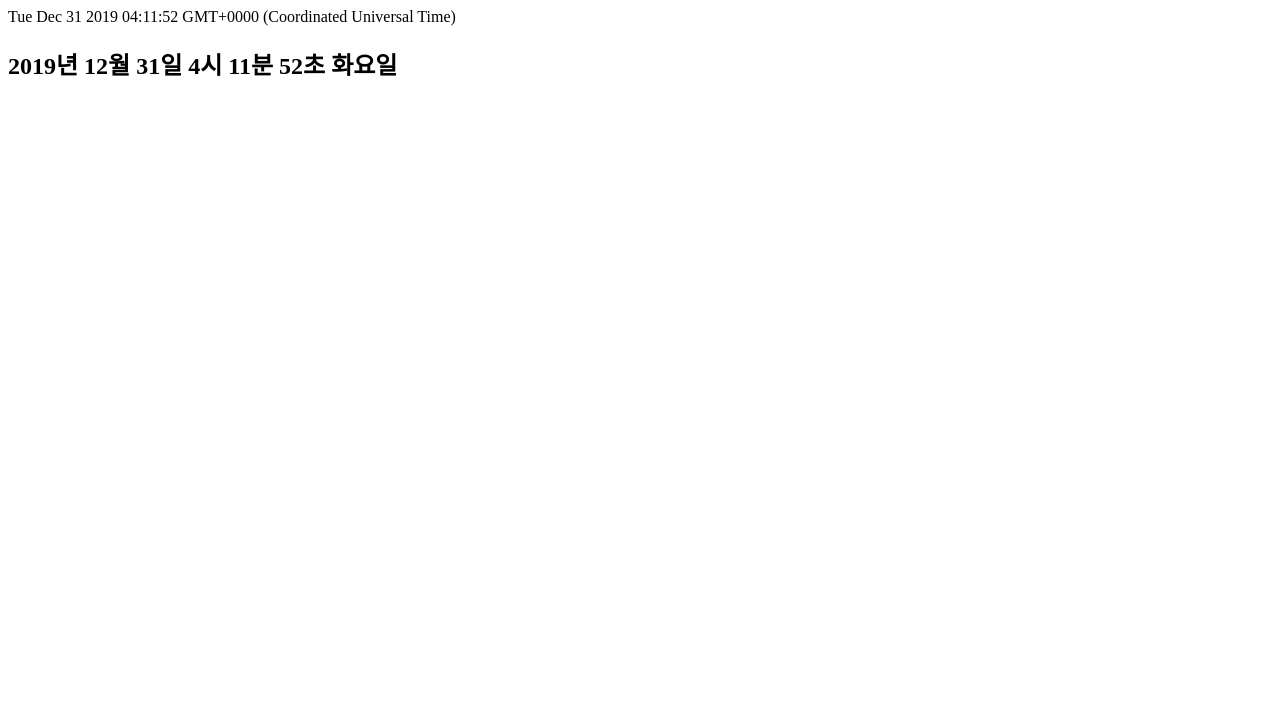
Repository: sonic247897/multicampus-web
Page: clientweb/WebContent/js_basic/js_date_test01.html
These files come from the project's save history. The page is drawn as it stood at one moment and after the next save; the edit follows.
The browser window is 1280 px wide. The pictures show the whole page.

Above is the page before, as saved 2020-01-08 01:18:56.

### clientweb/WebContent/js_basic/js_date_test01.html
<!DOCTYPE html>
<!-- 날짜시간과 관련된 자바스크립트 내장객체(Date)  -->
<html>
<head>
	<meta charset="EUC-KR">
	<title>Insert title here</title>
</head>
<body>
	<script type="text/javascript">
		// 자바: Date d = new Date();
		today = new Date(); //자바스크립트는 타입명시 안해도 됨. 내장객체 Date
		document.write(today);
		str = today.getFullYear() + "년 ";
		str = str+(today.getMonth()+1) + "월 "; // 0부터 시작해서 1월이 0이므로 +1해야 한다.
		str = str+today.getDate() + "일 ";
		str = str+today.getHours() + "시 ";
		str = str+today.getMinutes() +"분 ";
		str = str +today.getSeconds() + "초 ";
		day = today.getDay();
		//str = str + day; /* 일요일이 0, 월 1, 화 2, ... */

		//switch 활용해서 요일번호를 요일명으로 변경하기
		weekday=""; //요일명
		switch(day){
			case 0: weekday = "일요일"; break;
			case 1: weekday = "월요일"; break;
			case 2: weekday = "화요일"; break;
			case 3: weekday = "수요일"; break;
			case 4: weekday = "목요일"; break;
			case 5: weekday = "금요일"; break;
			case 6: weekday = "토요일"; break;
		}
		str = str + weekday;
		document.write("<h2>"+str+"</h2>");
		myimg = "1.jpg";
		document.write("<img src= '../images/jang" +myimg);

	</script>
</body>
</html>

After the next save:
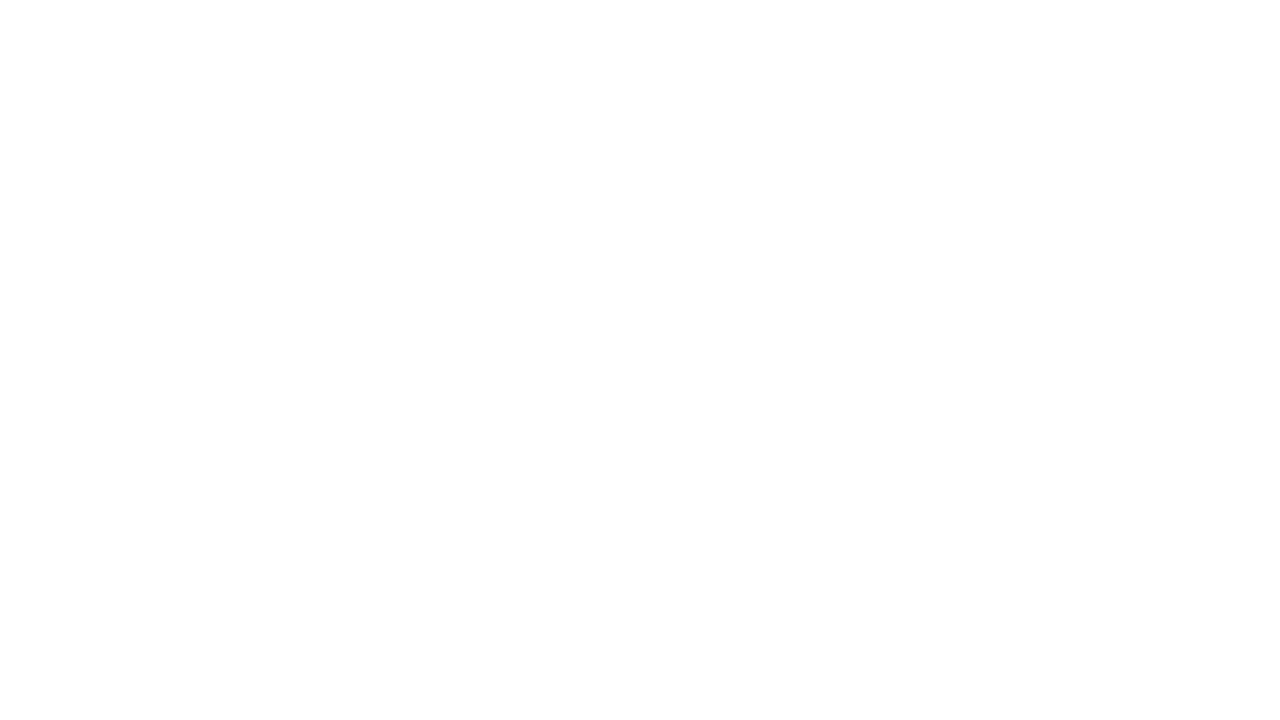
Console error: SyntaxError: missing ) after argument list
Saved 14 s later.
--- a/clientweb/WebContent/js_basic/js_date_test01.html
+++ b/clientweb/WebContent/js_basic/js_date_test01.html
@@ -33,7 +33,7 @@
 		str = str + weekday;
 		document.write("<h2>"+str+"</h2>");
 		myimg = "1.jpg";
-		document.write("<img src= '../images/jang" +myimg);
+		document.write("<img src= '../images/jang" + myimg '" +myimg);
 
 	</script>
 </body>

After the save that followed:
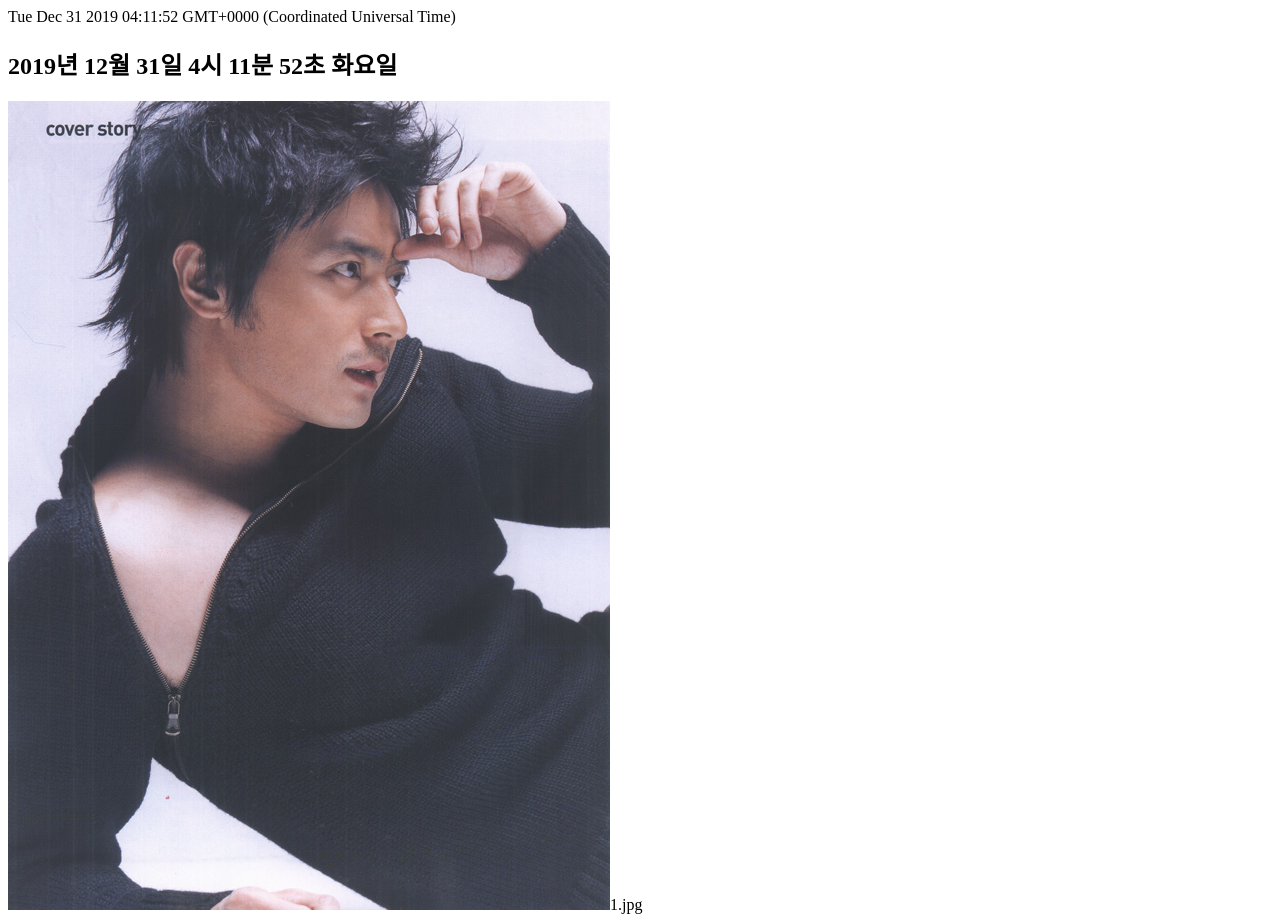
The error is gone.
Saved 13 s later.
--- a/clientweb/WebContent/js_basic/js_date_test01.html
+++ b/clientweb/WebContent/js_basic/js_date_test01.html
@@ -33,7 +33,7 @@
 		str = str + weekday;
 		document.write("<h2>"+str+"</h2>");
 		myimg = "1.jpg";
-		document.write("<img src= '../images/jang" + myimg '" +myimg);
+		document.write("<img src= '../images/jang" + myimg +"'/>" +myimg);
 
 	</script>
 </body>
